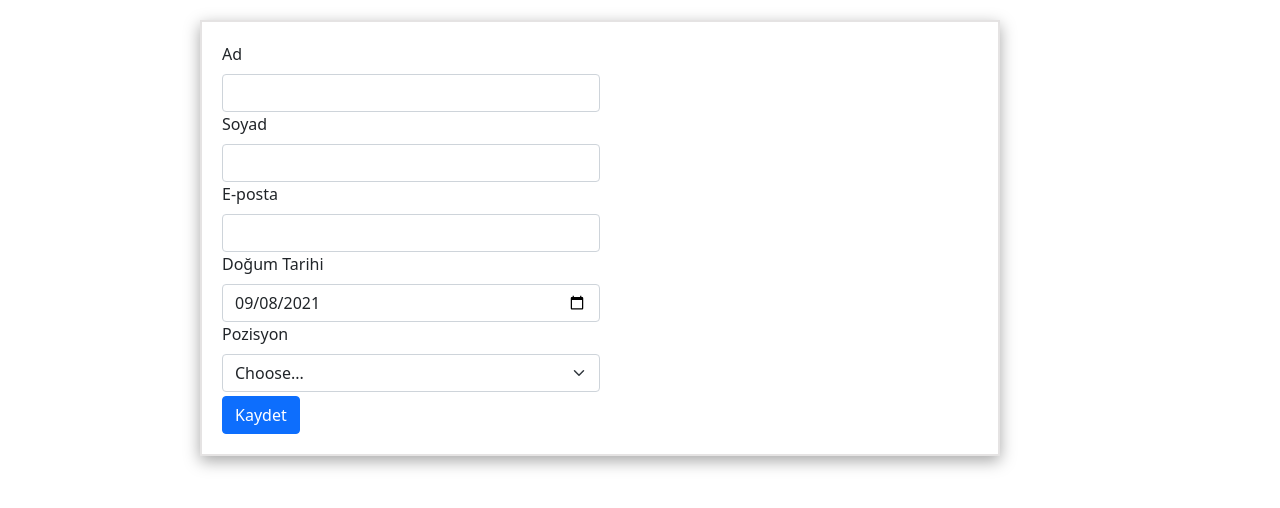
Repository: okankrdg/ReactCoreCRUD
Page: /employee/create (app in ReactCoreCRUD.Web/client/)
The author's editor kept a copy of each file at every save. The page is drawn from the files as they stood at one save, then again after the next save.
The browser window is 1280 px wide. The pictures show the whole page.
The page's requests for data from a server got no answer. The project was rebuilt for these pictures with package versions that can differ from the ones it lists, and the page was loaded fresh each time. No one was signed in, and anything a server would have sent is missing. Also part of the build but not shown: ReactCoreCRUD.Web/client/src/pages/Employee/index.tsx, ReactCoreCRUD.Web/client/src/pages/Exception/index.tsx.

Above is the page before, as saved 2021-10-10 20:56:47.

After the next save:
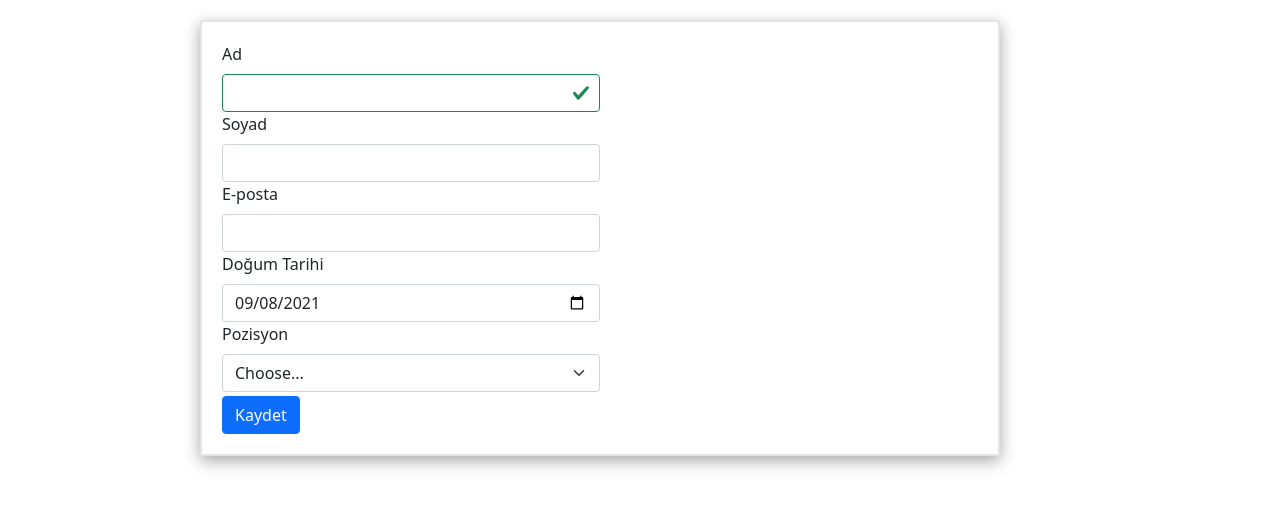
Saved 2 min 5 s later.
--- a/ReactCoreCRUD.Web/client/src/pages/Employee/createOrEdit.tsx
+++ b/ReactCoreCRUD.Web/client/src/pages/Employee/createOrEdit.tsx
@@ -119,7 +119,9 @@ const CreateOrEdit = () => {
         <label className="form-label">Ad</label>
         <input
           type="text"
-          className="form-control {}"
+          className={`form-control ${
+            employeeValidation.firstName ? "is-invalid" : "is-valid"
+          }`}
           id="name"
           required
           value={employee?.firstName}
